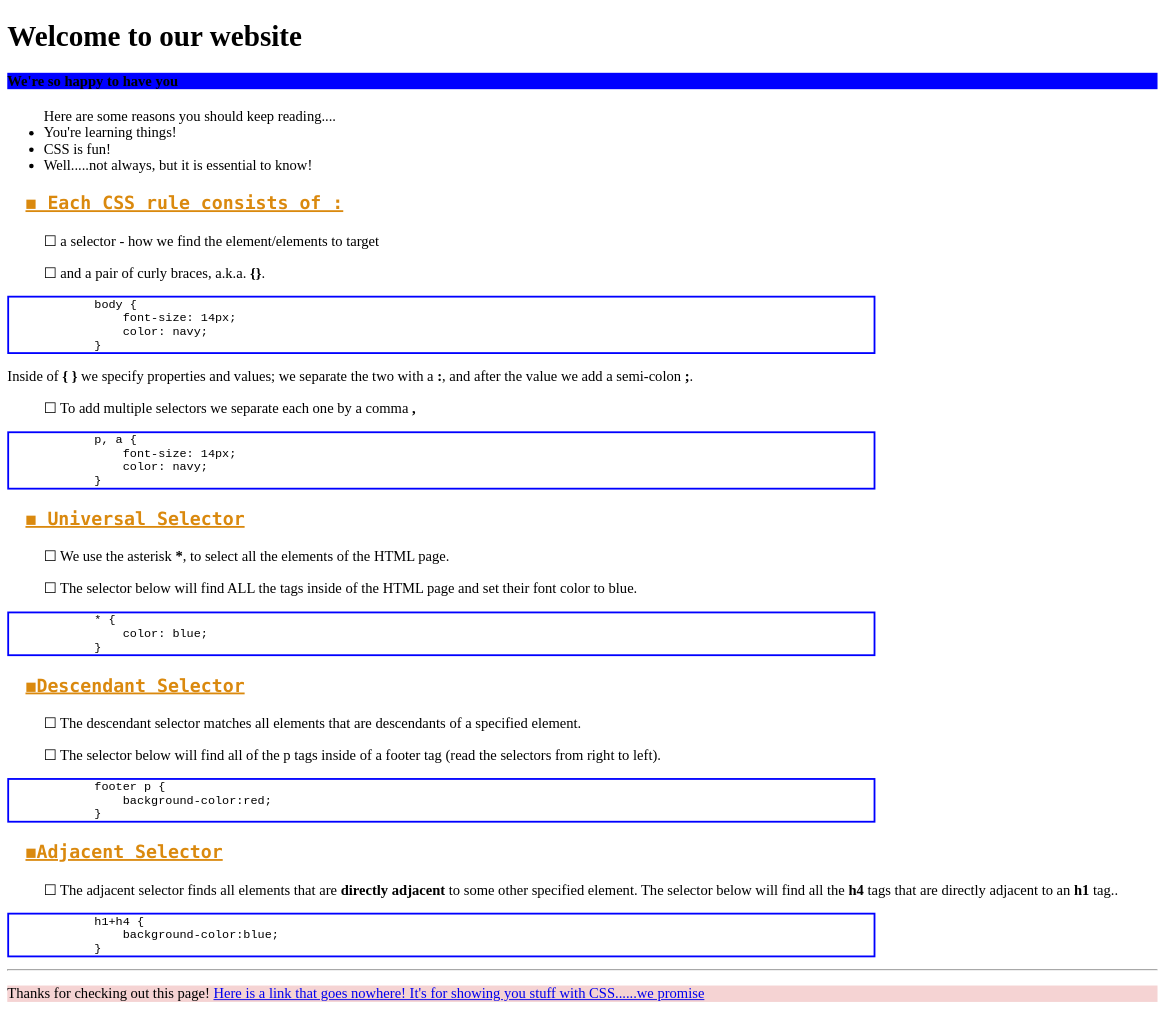
Repository: AnnaSpirit/Tests__
Page: CSS/Useful_Selectors.html
These files come from the project's save history. The page is drawn as it stood at one moment and after the next save; the edit follows.
The browser window is 1280 px wide. The pictures show the whole page, at 91% of full size.

Above is the page before, as saved 2024-04-01 17:40:02.

After the next save:
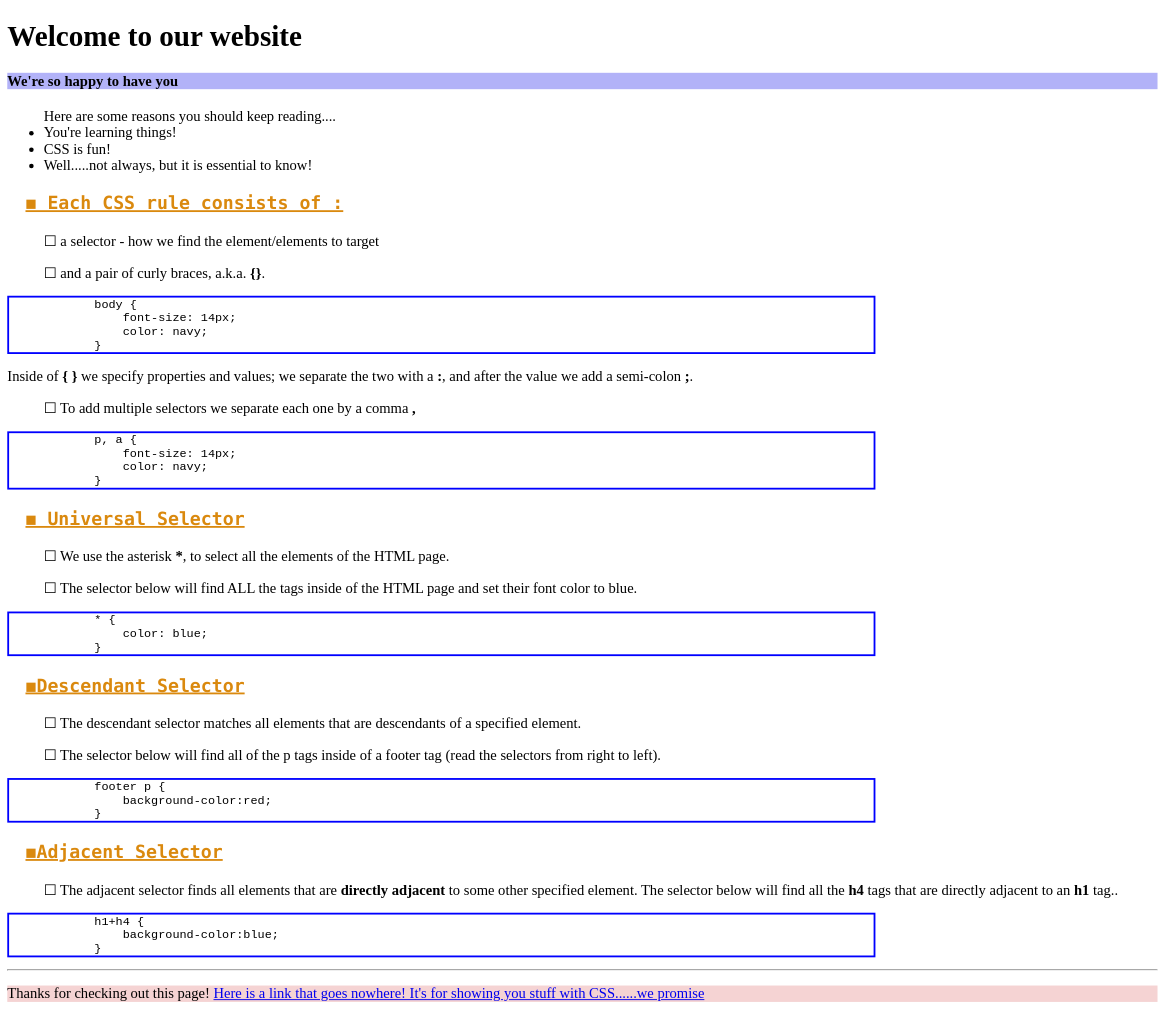
Saved 6 s later.
--- a/CSS/style_Selectors.css
+++ b/CSS/style_Selectors.css
@@ -11,7 +11,7 @@ h3{
     text-decoration: underline rgb(218, 137, 14);
 }
 h1+h4 {
-    background-color: blue;
+    background-color: rgb(178, 178, 248);
 }
 
 footer p {
